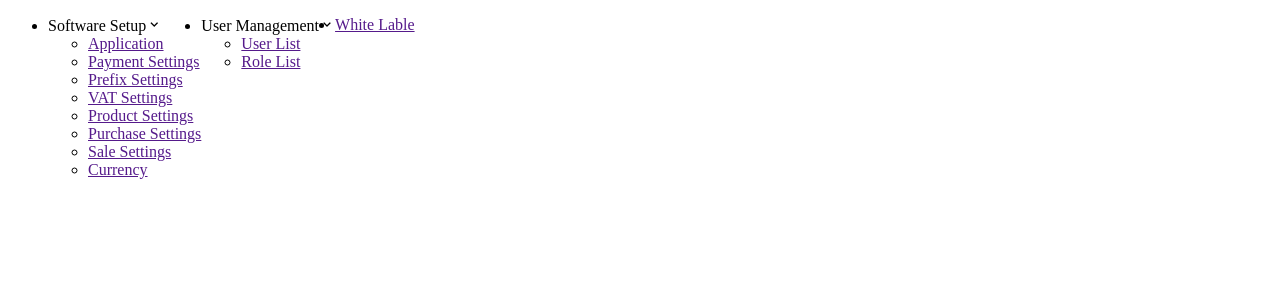
Repository: codebyaddro/pos-settings
Page: settings.html
These files come from the project's save history. The page is drawn as it stood at one moment and after a run of saves; the edit follows.
The browser window is 1280 px wide. The pictures show the whole page.

Above is the page before, as saved 2025-02-16 13:48:14.

### settings.html
<!DOCTYPE html>
<html lang="en">
<head>
    <meta charset="UTF-8">
    <meta name="viewport" content="width=device-width, initial-scale=1.0">
    <!-- CSS -->
    <link rel="stylesheet" href="/css/settings.css">
    <!-- ICON -->
    <link href='https://unpkg.com/boxicons@2.1.4/css/boxicons.min.css' rel='stylesheet'>
    <title>Settings - Page</title>
</head>
<body>
    <div class="cba-settings-container">
        <div class="cba-settings-top-menubar">
            <ul>
                <li>
                    Software Setup<i class='bx bx-chevron-down'></i>
                    <ul>
                        <li><a href="">Application</a></li>
                        <li><a href="">Payment Settings</a></li>
                        <li><a href="">Prefix Settings</a></li>
                        <li><a href="">VAT Settings</a></li>
                        <li><a href="">Product Settings</a></li>
                        <li><a href="">Purchase Settings</a></li>
                        <li><a href="">Sale Settings</a></li>
                        <li><a href="">Currency</a></li>
                    </ul>
                </li>
                <li>
                    User Management<i class='bx bx-chevron-down'></i>
                    <ul>
                        <li><a href="">User List</a></li>
                        <li><a href="">Role List</a></li>
                    </ul>
                </li>
                <li><a href="">
                    White Lable
                </a></li>
            </ul>
        </div>
    </div>
</body>
</html>

### css/settings.css
/* -- font link -- */

@import url('https://fonts.googleapis.com/css2?family=Poppins:ital,wght@0,100;0,200;0,300;0,400;0,500;0,600;0,700;0,800;0,900;1,100;1,200;1,300;1,400;1,500;1,600;1,700;1,800;1,900&display=swap');

/* -- root css -- */

:root {
    --gray-white: #F0F1F2; /* For body*/
    --white: #FFFFFF;
    --black: #000000;
    --gray-black: #DDDDDD;
    --lt-gray: #EFEFEF;
    --lt-black: #212523;
    --lt-black-op: #21252350;
    --main-green: #157343;
    --main-lt: #37A000;
    --lt-orange: #FD7E14;
    --green: #008000;
    --lt-green: #e9f6ec;
    --lp-green: #F8FAF8;
    --red: #FF0000;
    --lt-red: #fbeaec;
}

/* -- universal style -- */

/* * {
    margin: 0;
    padding: 0;
    box-sizing: border-box;
    font-family: "Poppins", serif;
} */

/* -- web app cursor element selection style -- */

::selection {
    color: var(--white);
    background-color: var(--main-lt);
}

/* -- settings top menu bar style -- */

.cba-settings-top-menubar > ul {
    display: flex;
}

After the next 7 saves:
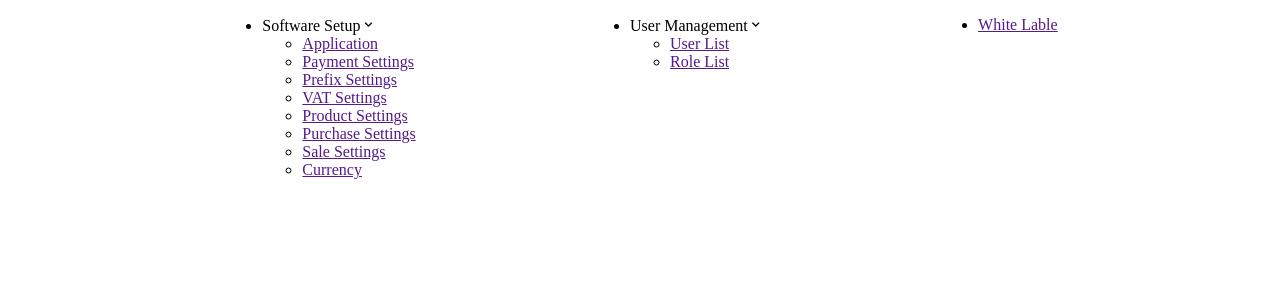
The 7 saves are shown as one change because they came seconds apart.
The last was saved 20 s later.
--- a/css/settings.css
+++ b/css/settings.css
@@ -42,4 +42,5 @@
 
 .cba-settings-top-menubar > ul {
     display: flex;
+    justify-content: space-evenly;
 }
